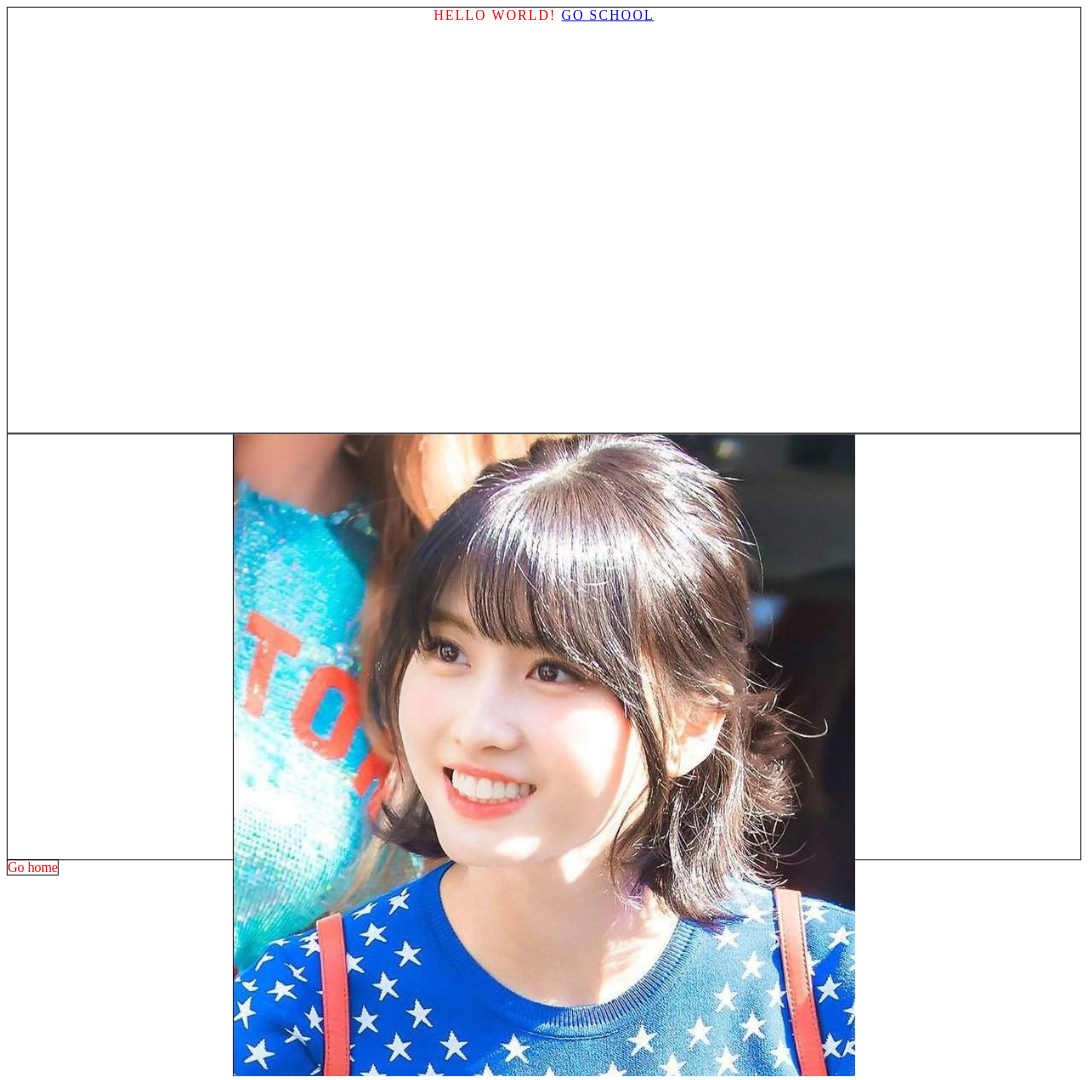
Repository: lbj0314/webTest
Page: Css_1/WebContent/css_5.html
The author's editor kept a copy of each file at every save. The page is drawn from the files as they stood at one save, then again after the next save.
The browser window is 1280 px wide. The pictures show the whole page, at 85% of full size.

Above is the page before, as saved 2019-10-16 05:09:59.

### Css_1/WebContent/css_5.html
<!DOCTYPE html>
<html>
<head>
<meta charset="UTF-8">
<title>Insert title here</title>
<style type="text/css">
.d1 {
	color: red;
	text-decoration: none;
	border: 1px solid black;
	height: 500px;
	text-align: center;
	letter-spacing: 2px;
	text-transform: uppercase;
}
.a1{
	color: red;
	text-decoration: none;
	text-align: center;
	border: 1px solid black;
	width: 1000px;
}
/* .a{
	color: blue;
	text-decoration: underline;
} */
</style>
</head>
<body>

	<div class="d1">
	Hello World!
	<a href="#">Go school</a>
	<!-- <p>Go Canada</p> -->
	</div>
	<div class="d1">
		<img alt="" src="./imgs/momo2.jpg">
	</div>
<a href="#" class="a1">Go home</a>
</body>
</html>

After the next save:
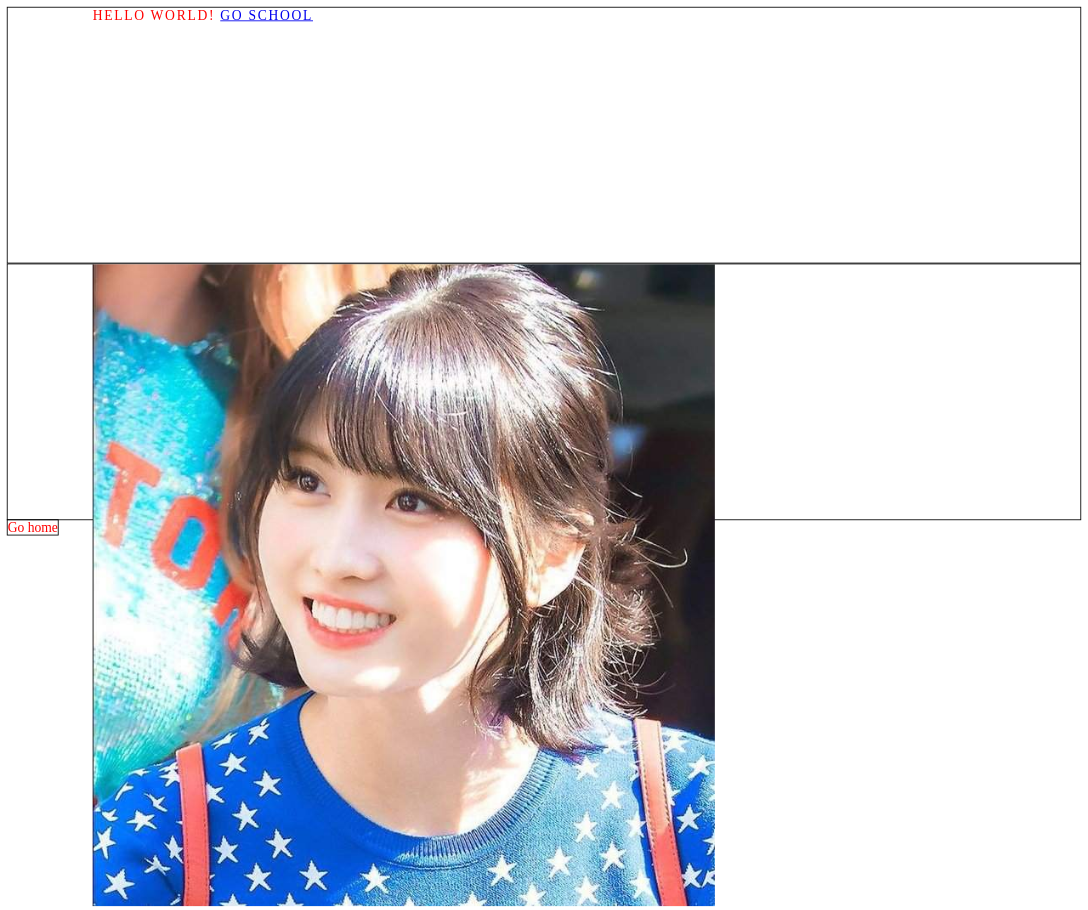
Saved 3 min 8 s later.
--- a/Css_1/WebContent/css_5.html
+++ b/Css_1/WebContent/css_5.html
@@ -8,10 +8,11 @@
 	color: red;
 	text-decoration: none;
 	border: 1px solid black;
-	height: 500px;
-	text-align: center;
+	height: 300px;
+	/* text-align: center; */
 	letter-spacing: 2px;
 	text-transform: uppercase;
+	text-indent: 100px;
 }
 .a1{
 	color: red;
